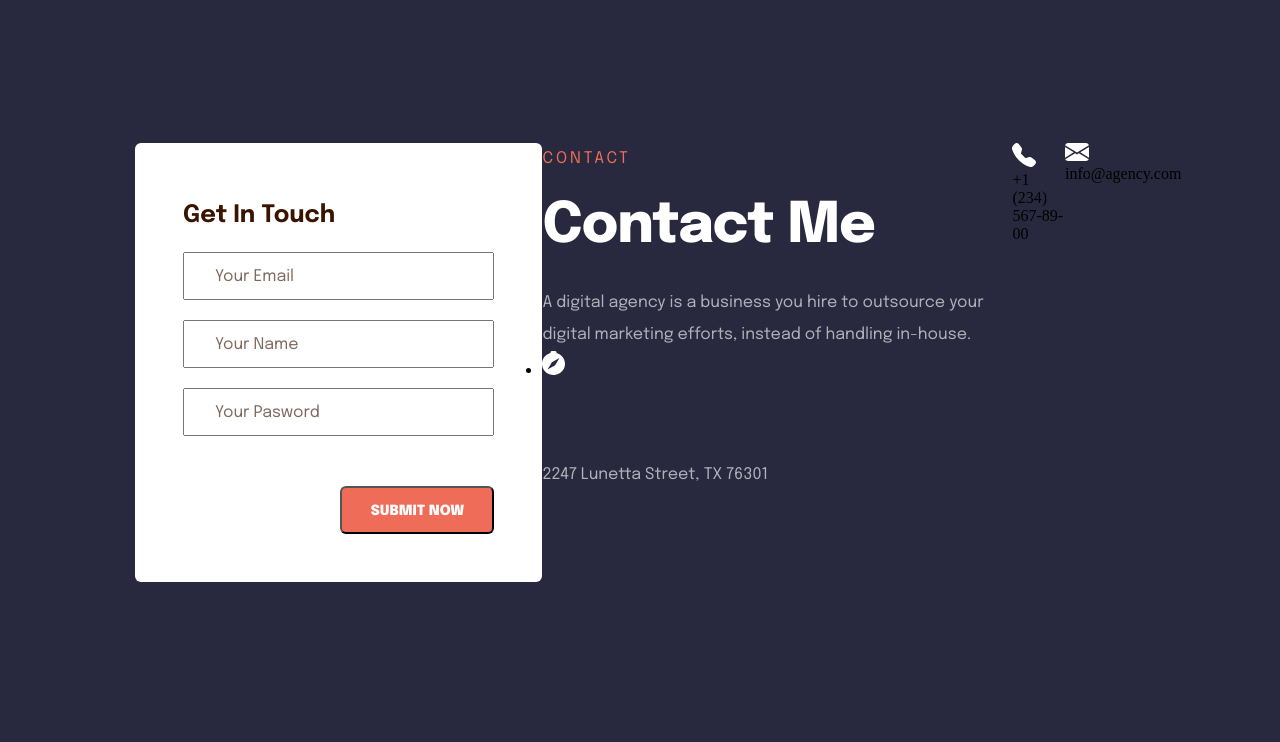
Repository: MehdiKerimov/Figma-Task-14
Page: index.html
The author's editor kept a copy of each file at every save. The page is drawn from the files as they stood at one save, then again after a run of saves.
The browser window is 1280 px wide. The pictures show the whole page.

Above is the page before, as saved 2023-10-07 15:32:07.

After the next 6 saves:
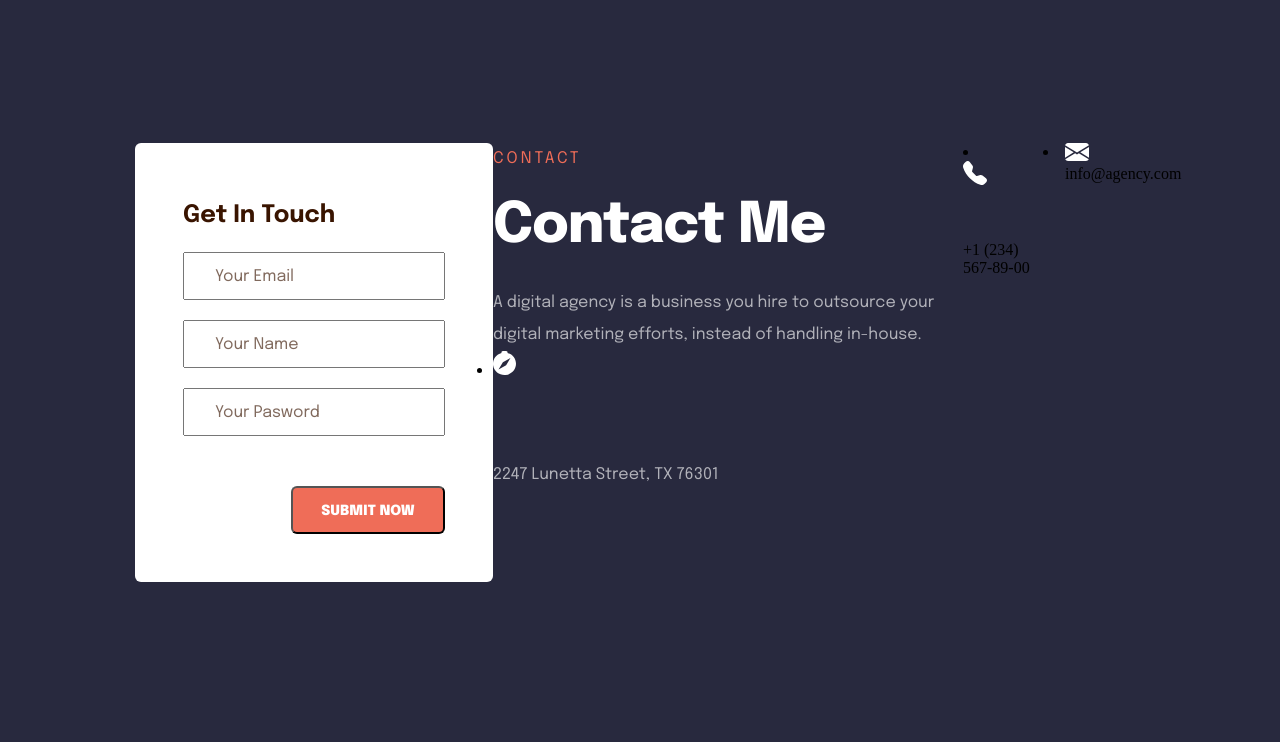
The 6 saves are shown as one change because they came seconds apart.
The last was saved 19 s later.
--- a/index.html
+++ b/index.html
@@ -54,24 +54,29 @@
           <p>2247 Lunetta Street, TX 76301</p>
 
           </div>
+<li>
+  <div class="circle">
+    <svg
+      xmlns="http://www.w3.org/2000/svg"
+      width="24"
+      height="24"
+      viewBox="0 0 24 24"
+      fill="none"
+    >
+      <path
+        fill-rule="evenodd"
+        clip-rule="evenodd"
+        d="M2.82812 0.765296C3.35902 0.235151 4.09188 -0.0416708 4.84066 0.0050961C5.58945 0.051863 6.28217 0.417722 6.743 1.00981L9.43541 4.46897C9.92889 5.10349 10.1029 5.93003 9.9079 6.71007L9.08742 9.99522C9.00114 10.3413 9.10245 10.7073 9.35441 10.9598L13.0398 14.6454C13.2925 14.8979 13.6592 14.9993 14.0058 14.9124L17.2892 14.0919C18.0691 13.8969 18.8953 14.0711 19.5301 14.5644L22.989 17.2555C24.2324 18.2231 24.3464 20.0607 23.2335 21.1722L21.6825 22.7233C20.5726 23.8333 18.9136 24.3209 17.3672 23.7763C13.4091 22.3836 9.81531 20.1174 6.85249 17.146C3.88152 14.1834 1.61557 10.5899 0.222699 6.63206C-0.320284 5.08699 0.167201 3.42642 1.27717 2.31637L2.82812 0.765296Z"
+        fill="white"
+      />
+    </svg>
+  </div>
+  <p>+1 (234) 567-89-00</p>
 
-          <div class="circle">
-            <svg
-              xmlns="http://www.w3.org/2000/svg"
-              width="24"
-              height="24"
-              viewBox="0 0 24 24"
-              fill="none"
-            >
-              <path
-                fill-rule="evenodd"
-                clip-rule="evenodd"
-                d="M2.82812 0.765296C3.35902 0.235151 4.09188 -0.0416708 4.84066 0.0050961C5.58945 0.051863 6.28217 0.417722 6.743 1.00981L9.43541 4.46897C9.92889 5.10349 10.1029 5.93003 9.9079 6.71007L9.08742 9.99522C9.00114 10.3413 9.10245 10.7073 9.35441 10.9598L13.0398 14.6454C13.2925 14.8979 13.6592 14.9993 14.0058 14.9124L17.2892 14.0919C18.0691 13.8969 18.8953 14.0711 19.5301 14.5644L22.989 17.2555C24.2324 18.2231 24.3464 20.0607 23.2335 21.1722L21.6825 22.7233C20.5726 23.8333 18.9136 24.3209 17.3672 23.7763C13.4091 22.3836 9.81531 20.1174 6.85249 17.146C3.88152 14.1834 1.61557 10.5899 0.222699 6.63206C-0.320284 5.08699 0.167201 3.42642 1.27717 2.31637L2.82812 0.765296Z"
-                fill="white"
-              />
-            </svg>
-            <p>+1 (234) 567-89-00</p>
-          </div>
+</li>
+     <li>
+
+     </li>
           <div class="circle">
             <svg
               xmlns="http://www.w3.org/2000/svg"
